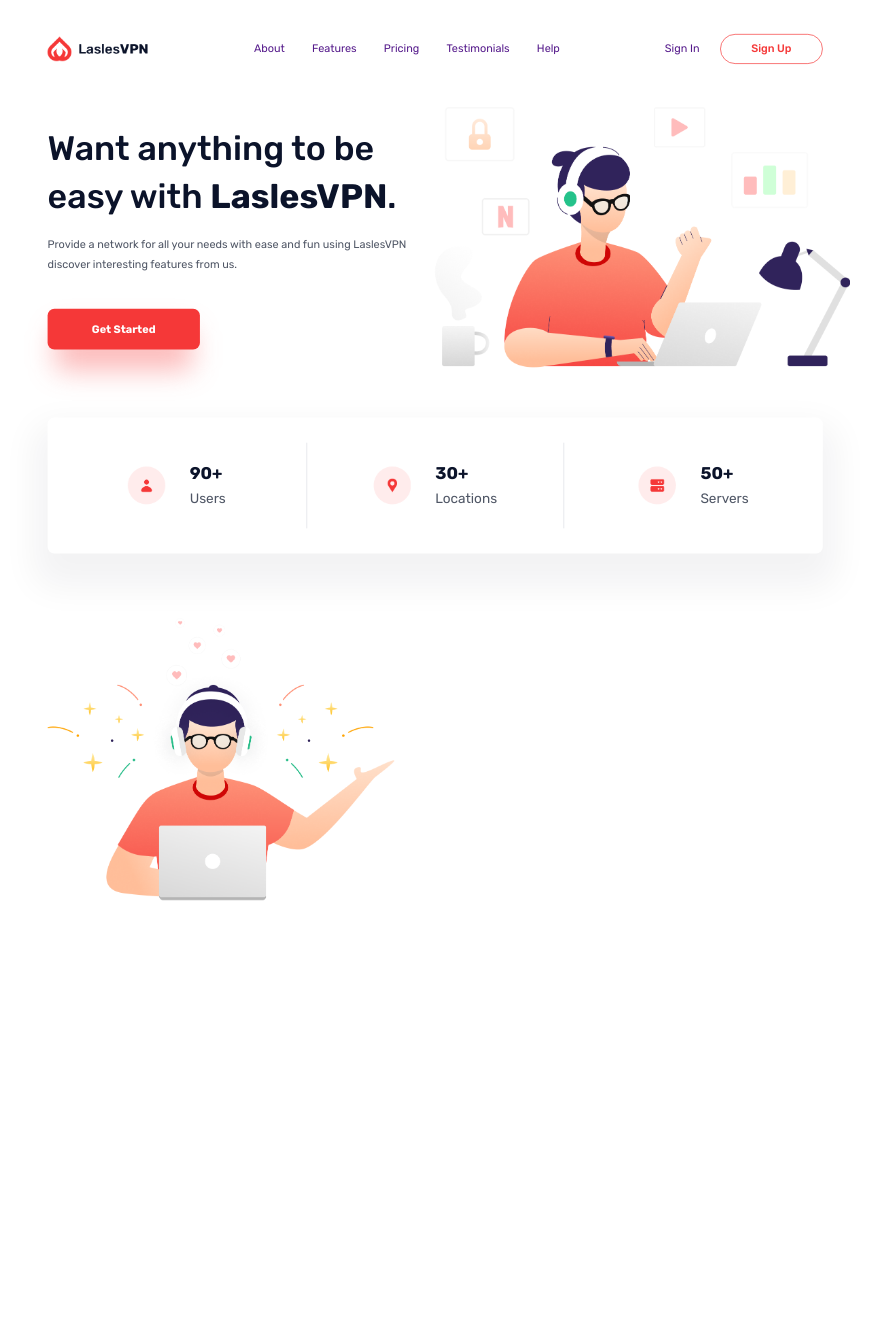
Repository: dangpham205/LaslesVPN-Landing-Page
Page: index.html
An editor plug-in stored every save of this project. The page is shown before and after the next save, followed by the edit.
The browser window is 1280 px wide. The pictures show the whole page, at 68% of full size.

Above is the page before, as saved 2022-07-19 21:15:05.

### index.html
<!DOCTYPE html>
<html lang="en">
<head>
    <meta charset="UTF-8">
    <meta http-equiv="X-UA-Compatible" content="IE=edge">
    <meta name="viewport" content="width=device-width, initial-scale=1.0">
    <title>Lasles</title>
    <link rel="preconnect" href="https://fonts.googleapis.com" />
    <link rel="preconnect" href="https://fonts.gstatic.com" crossorigin />
    <link
      href="https://fonts.googleapis.com/css2?family=Rubik:wght@400;500;700&display=swap"
      rel="stylesheet"
    />
    <link rel="stylesheet" href="./assets/css/style.css">
</head>
<body>
    <div class="wrapper">

        <!-- Menu -->
        <header class="menu">
            <div class="container">
                <div class="menu__container">
                    <img srcset="./assets/img/logo.png 2x" alt="" class="menu__logo" />
                    <div class="menu__list">
                        <div class="menu__item">
                            <a href="" class="menu__item-link">About</a>
                        </div>
                        <div class="menu__item">
                            <a href="" class="menu__item-link">Features</a>
                        </div>
                        <div class="menu__item">
                            <a href="" class="menu__item-link">Pricing</a>
                        </div>
                        <div class="menu__item">
                            <a href="" class="menu__item-link">Testimonials</a>
                        </div>
                        <div class="menu__item">
                            <a href="" class="menu__item-link">Help</a>
                        </div>
                    </div>
                    <div class="menu__buttons">
                        <a href="" class="menu__button--sign-in">Sign In</a>
                        <a href="" class="button button--outline menu__button--sign-up">Sign Up</a>
                    </div>
                </div>
            </div>
        </header>

        <main>
            <!-- hero -->
            <section class="hero">
                <div class="container">
                    <div class="hero__container">
                        <div class="hero__content">
                            <h1 class="hero__title">Want anything to be easy with <strong>LaslesVPN</strong>.</h1>
                            <p class="hero__desc text">Provide a network for all your needs with ease and fun using LaslesVPN discover interesting features from us.</p>
                            <a href="" class="button button--primary button--rounded button--shadow">Get Started</a>
                        </div>
                        <div class="hero__image">
                            <img srcset="./assets/img/hero.png 2x" alt="">
                        </div>
                    </div>
                </div>
            </section>


            <!-- info -->
            <section class="info">
                <div class="container">
                    <div class="info__container">
                        <div class="info__item">
                            <div class="info__item-image">
                                <img src="" alt="" srcset="./assets/img/user.png 2x">
                            </div>
                            <div class="info__item-text">
                                <h3 class="info__item-title">90+</h3>
                                <p class="info__item-desc">Users</p>
                            </div>
                        </div>
                        <div class="info__item">
                            <div class="info__item-image">
                                <img src="" alt="" srcset="./assets/img/location.png 2x">
                            </div>
                            <div class="info__item-text">
                                <h3 class="info__item-title">30+</h3>
                                <p class="info__item-desc">Locations</p>
                            </div>
                        </div>
                        <div class="info__item">
                            <div class="info__item-image">
                                <img src="" alt="" srcset="./assets/img/Server.png 2x">
                            </div>
                            <div class="info__item-text">
                                <h3 class="info__item-title">50+</h3>
                                <p class="info__item-desc">Servers</p>
                            </div>
                        </div>
                    </div>
                </div>
            </section>

            <section class="feature">
                <div class="container">
                    <div class="feature__container">
                        <div class="feature__image">
                            <img src="" alt="" srcset="./assets/img/feature.png 2x">
                        </div>
                        <div class="feature__content">
                            <h3 class="feature__title"></h3>
                            <p class="feature__desc"></p>
                            <ul class="feature__list">
                                <li class="feature__item">
                                    <img src="" alt="" class="feature__item-icon">
                                    <span class="feature__item-text"></span>
                                </li>
                                <li class="feature__item">
                                    <img src="" alt="" class="feature__item-icon">
                                    <span class="feature__item-text"></span>
                                </li>
                                <li class="feature__item">
                                    <img src="" alt="" class="feature__item-icon">
                                    <span class="feature__item-text"></span>
                                </li>
                                <li class="feature__item">
                                    <img src="" alt="" class="feature__item-icon">
                                    <span class="feature__item-text"></span>
                                </li>
                            </ul>
                        </div>

                    </div>
                </div>
            </section>

            <div class="container" style="height: 500px;"></div>
        </main>

    </div>
</body>
</html>

### assets/css/style.css
html {
  box-sizing: border-box;
}

* {
  margin: 0;
  padding: 0;
}

*,
*:before,
*:after {
  box-sizing: border-box;
}

input,
textarea,
select,
button {
  outline: none;
}

input {
  line-height: normal;
}

label,
button {
  cursor: pointer;
}

a {
  text-decoration: none;
}

img {
  display: block;
  max-width: 100%;
}

ul {
  list-style: none;
}

body {
  line-height: 1;
  font-family: "Rubik", sans-serif;
  color: #4f5665;
  font-weight: 400;
  background-color: white;
}

button {
  cursor: pointer;
  outline: none;
  border: none;
  font-family: "Rubik", sans-serif;
}

.wrapper {
  max-width: 100%;
  margin: 0 auto;
}

.container {
  max-width: 1140px;
  margin: 0 auto;
}

.button {
  display: inline-block;
  padding: 13px 45px;
  border-radius: 100rem;
  font-family: "Rubik", sans-serif;
  line-height: 1;
  font-size: 16px;
  cursor: pointer;
  border: none;
  outline: none;
  text-align: center;
  white-space: nowrap;
}
.button--primary {
  font-weight: 700;
  background-color: #f53838;
  color: white;
}
.button--outline {
  background-color: transparent;
  color: #f53838;
  font-weight: 500;
  border: 1px solid;
}
.button--rounded {
  border-radius: 10px;
  padding: 22px 65px;
}
.button--rectangle {
  border-radius: 10px;
  min-width: 250px;
}
.button--shadow {
  position: relative;
}
.button--shadow:after {
  content: "";
  position: absolute;
  top: 0;
  left: 50%;
  width: 90%;
  height: 100%;
  transform: translate(-50%, 50%);
  background-color: rgba(245, 56, 56, 0.35);
  filter: blur(20px);
  border-radius: inherit;
  z-index: -1;
}

.boxed {
  max-width: 555px;
  margin-left: auto;
  margin-right: auto;
  text-align: center;
}

@media screen and (max-width: 767px) {
  .button {
    padding: 13px 26px;
  }
  .container {
    padding: 0 20px;
  }
}
@media screen and (max-width: 1024px) {
  .container {
    padding: 0 40px;
  }
}
h1,
h2,
h3,
h4,
h5,
h6 {
  color: #0b132a;
  font-weight: bold;
}

.heading {
  font-weight: 500;
  font-size: 35px;
  line-height: 1.4285714286;
  margin-bottom: 20px;
}

.heading-small {
  font-weight: 500;
  font-size: 18px;
  margin-bottom: 5px;
  line-height: 1.6666666667;
}

.text {
  line-height: 1.875;
}

.text-medium {
  font-weight: 500;
}

.text-small {
  font-size: 14px;
  line-height: 2.1428571429;
}

@media screen and (max-width: 767px) {
  .heading {
    font-size: 30px;
  }
}
.menu {
  padding-top: 50px;
  padding-bottom: 90px;
}
.menu__container {
  display: flex;
  justify-content: space-between;
  align-items: center;
}
.menu__list {
  display: flex;
}
.menu__item + .menu__item {
  margin-left: 40px;
}
.menu__buttons {
  display: flex;
  align-items: center;
}
.menu__button--sign-in {
  margin-right: 30px;
}

@media screen and (max-width: 1023.98px) {
  .menu__list {
    display: none;
  }
}
.hero {
  padding-bottom: 100px;
}
.hero__container {
  display: flex;
  justify-content: space-between;
  align-items: center;
  gap: 0 40px;
  position: relative;
}
.hero__content {
  max-width: 555px;
  width: 100%;
  margin-right: 40px;
}
.hero__title {
  font-weight: 500;
  font-size: 50px;
  line-height: 1.4;
  color: #0b132a;
}
.hero__desc {
  margin: 20px 0 50px 0;
}
.hero__image {
  position: absolute;
  right: 0;
  top: 50%;
  transform: translate(40px, -50%);
}

.info {
  margin-bottom: 95px;
}
.info__container {
  display: grid;
  grid-template-columns: repeat(3, 1fr);
  border-radius: 10px;
  min-height: 200px;
  box-shadow: 0 30px 50px 20px rgba(13, 16, 37, 0.05);
}
.info__item {
  display: flex;
  justify-content: center;
  align-items: center;
  position: relative;
}
.info__item:nth-child(2)::after {
  content: "";
  position: absolute;
  height: 126px;
  border-left: 2px solid #EEEFF2;
  left: 0;
}
.info__item:nth-child(2)::before {
  content: "";
  position: absolute;
  height: 126px;
  border-left: 2px solid #EEEFF2;
  right: 0;
}
.info__item-text {
  margin-left: 36px;
}
.info__item-title {
  margin-bottom: 5px;
  font-size: 25px;
  font-weight: 700;
  line-height: 1.2;
}
.info__item-desc {
  font-size: 20px;
  font-weight: 400;
  line-height: 1.5;
}

.feature {
  padding-bottom: 130px;
}
.feature__container {
  display: flex;
  justify-content: space-between;
  align-items: flex-end;
  gap: 0 170px;
}
.feature__title {
  max-width: 380px;
}
.feature__desc {
  max-width: 430px;
  margin-bottom: 20px;
}
.feature__list {
  display: flex;
  flex-direction: column;
  gap: 21px;
}
.feature__item {
  display: flex;
}
.feature__item-icon {
  margin-right: 10px;
}
.feature__item-text {
  line-height: 30px;
}

.plan {
  padding: 80px 0 150px 0;
  background-color: #f8f8f8;
}
.plan__header {
  display: flex;
  flex-direction: column;
  align-items: center;
  justify-content: center;
}
.plan__desc {
  max-width: 555px;
  text-align: center;
  margin-bottom: 60px;
}
.plan__list {
  display: grid;
  grid-template-columns: repeat(3, 1fr);
  gap: 0 50px;
}
.plan__item {
  display: flex;
  flex-direction: column;
  justify-content: center;
  align-items: center;
  background-color: white;
  padding: 80px 70px 50px;
  border-radius: 10px;
  border: 2px solid #DDDDDD;
}
.plan__item-image {
  margin-bottom: 30px;
  margin-left: auto;
  margin-right: auto;
}
.plan__item-title {
  margin-bottom: 30px;
}
.plan__item-details {
  margin-bottom: 50px;
  display: flex;
  flex-direction: column;
  gap: 10px 0;
}
.plan__item-detail {
  display: flex;
  gap: 0 25px;
  font-weight: 400;
  font-size: 14px;
  line-height: 30px;
  align-items: center;
}
.plan__item-price {
  margin-top: auto;
  margin-bottom: 20px;
}
.plan__item--active, .plan__item:hover {
  border-color: #f53838;
}
.plan__item--active .plan__item-btn, .plan__item:hover .plan__item-btn {
  background-color: #f53838;
  color: white;
}

.location {
  background-color: #f8f8f8;
  padding-bottom: 50px;
}
.location__container {
  display: flex;
  flex-direction: column;
  align-items: center;
  text-align: center;
}
.location__title {
  max-width: 380px;
}
.location__desc {
  max-width: 555px;
  margin-bottom: 150px;
}
.location__partners {
  display: flex;
  align-items: center;
  justify-content: center;
  gap: 0 30px;
}

.comment {
  background-color: #f8f8f8;
  padding-bottom: 260px;
}
.comment__container {
  display: flex;
  flex-direction: column;
  align-items: center;
  text-align: center;
}
.comment__title {
  max-width: 445px;
}
.comment__desc {
  max-width: 555px;
  margin-bottom: 60px;
}
.comment .customer-list {
  display: grid;
  grid-template-columns: repeat(3, 1fr);
  gap: 0 50px;
}
.comment .customer-item {
  border: 2px solid #ddd;
  border-radius: 10px;
  padding: 30px;
  margin: 0 25px;
}
.comment .customer-item.slick-current.slick-active {
  border-color: #f53838;
}
.comment .customer-top {
  margin-bottom: 20px;
  display: flex;
  justify-content: space-between;
  align-items: center;
  gap: 0 110px;
}
.comment .customer-info {
  display: flex;
  align-items: center;
  gap: 0 20px;
}
.comment .customer-avatar {
  width: 50px;
  height: 50px;
}
.comment .customer-avatar img {
  width: 100%;
  height: 100%;
  object-fit: cover;
  border-radius: 100rem;
}
.comment .customer-name {
  line-height: 1.6666666667;
  margin-bottom: 5;
}
.comment .customer-address {
  line-height: 1;
  text-align: start;
}
.comment .customer-rating {
  display: flex;
  align-items: center;
  gap: 0 10px;
}
.comment .customer .slick-track {
  display: flex;
  padding-bottom: 60px;
}
.comment .customer .slick-arrow {
  width: 60px;
  height: 60px;
  border-radius: 100rem;
  display: flex !important;
  justify-content: center;
  align-items: center;
  position: absolute;
  bottom: 0;
  transform: translateY(50%);
  z-index: 10;
}
.comment .customer .slick-prev {
  border: 1px solid #f53838;
  background-color: transparent;
  right: 80px;
}
.comment .customer .slick-next {
  background-color: #f53838;
  right: 0;
}
.comment .customer .slick-dots {
  list-style-type: none;
  display: flex;
  align-items: center;
  gap: 0 15px;
  transform: translateY(50%);
}
.comment .customer .slick-dots button {
  font-size: 0;
  background-color: #dde0e4;
  width: 15px;
  height: 15px;
  border-radius: 100rem;
  transition: all 0.2s linear;
}
.comment .customer .slick-dots .slick-active button {
  background-color: #f53838;
  width: 45px;
}

.subscribe {
  background-color: #dde0e4;
}
.subscribe__container {
  position: relative;
  transform: translateY(-50%);
  margin-bottom: -140px;
  display: flex;
  justify-content: space-between;
  align-items: center;
  padding: 58.5px 70px;
  border-radius: 10px;
  background-color: white;
}
.subscribe__title {
  max-width: 370px;
  font-size: 35px;
  line-height: 45px;
  font-weight: 500;
  color: #0b132a;
}
.subscribe__desc {
  line-height: 1;
}

footer {
  padding-top: 70px;
  padding-bottom: 100px;
  background-color: #dde0e4;
}

.footer__container {
  display: flex;
  justify-content: space-between;
  gap: 0 230px;
}
.footer__desc {
  width: 340px;
  line-height: 1.875;
  margin: 20px 0 30px 0;
}
.footer__copyright {
  color: #AFB5C0;
  font-weight: 500;
}
.footer__contacts {
  display: flex;
}
.footer__menu {
  display: flex;
  gap: 0 126px;
}
.footer__category {
  display: flex;
  flex-direction: column;
  gap: 10px 0;
}
.footer__category-title {
  font-size: 18px;
  margin-bottom: 10px;
  line-height: 1.6666666667;
}
.footer__category-option {
  width: max-content;
  font-size: 16px;
  line-height: 1.875;
}

/*# sourceMappingURL=style.css.map */

After the next save:
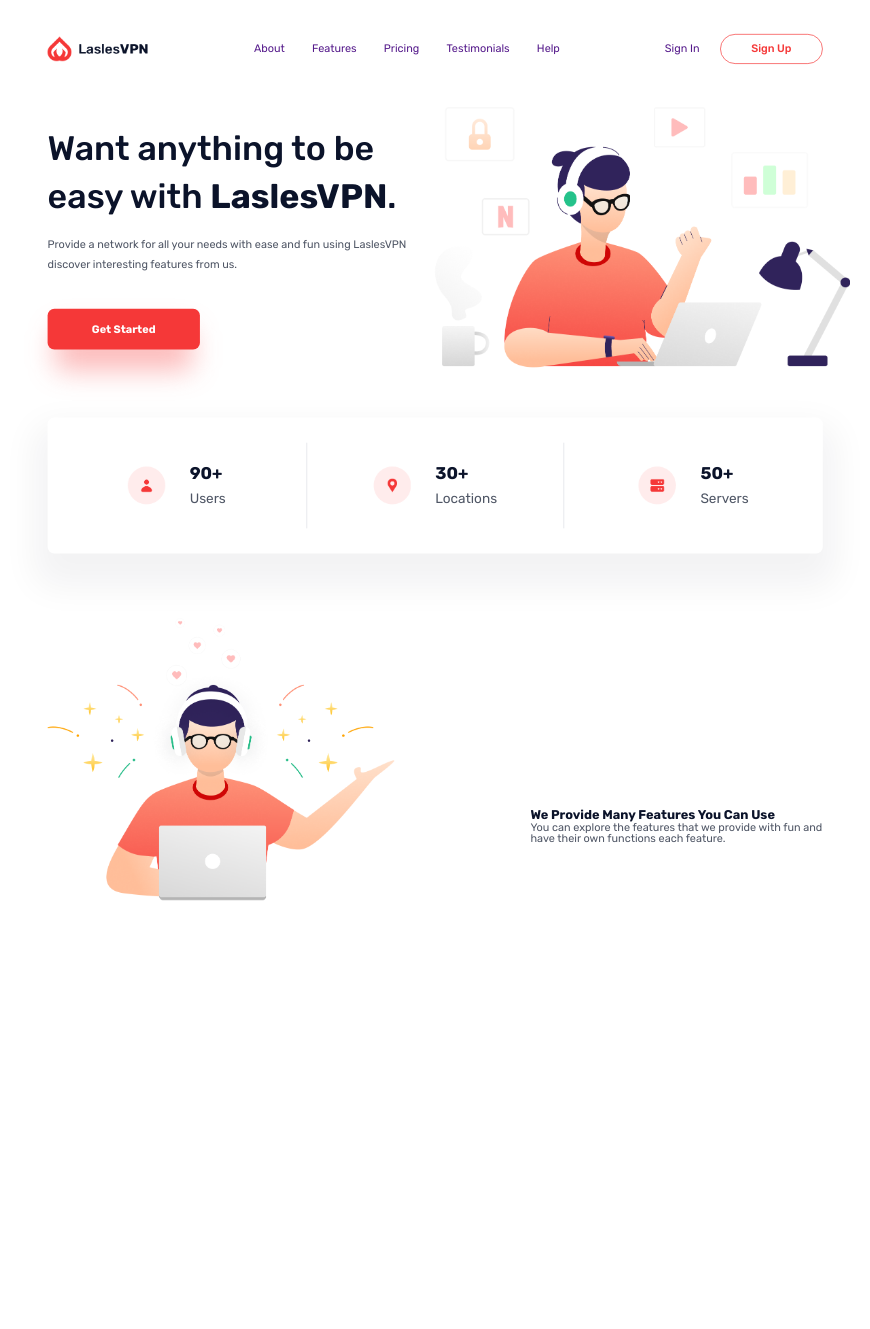
Saved 24 s later.
--- a/index.html
+++ b/index.html
@@ -106,8 +106,10 @@
                             <img src="" alt="" srcset="./assets/img/feature.png 2x">
                         </div>
                         <div class="feature__content">
-                            <h3 class="feature__title"></h3>
-                            <p class="feature__desc"></p>
+                            <h3 class="feature__title">We Provide Many Features You Can Use</h3>
+                            <p class="feature__desc">You can explore the features that we provide with fun and have their own functions each feature.
+
+                            </p>
                             <ul class="feature__list">
                                 <li class="feature__item">
                                     <img src="" alt="" class="feature__item-icon">
